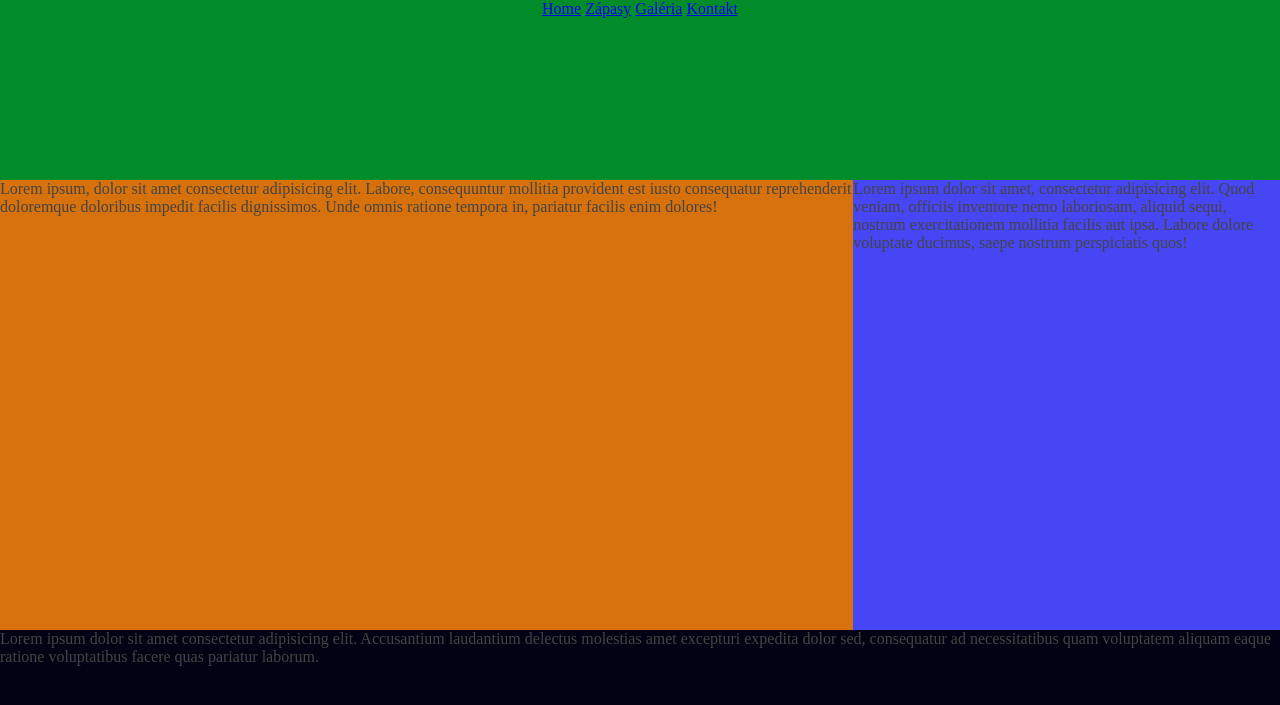
Repository: Badynko/tennis-website
Page: index.html
These files come from the project's save history. The page is drawn as it stood at one moment and after the next save; the edit follows.
The browser window is 1280 px wide. The pictures show the whole page.

Above is the page before, as saved 2024-07-31 20:56:08.

After the next save:
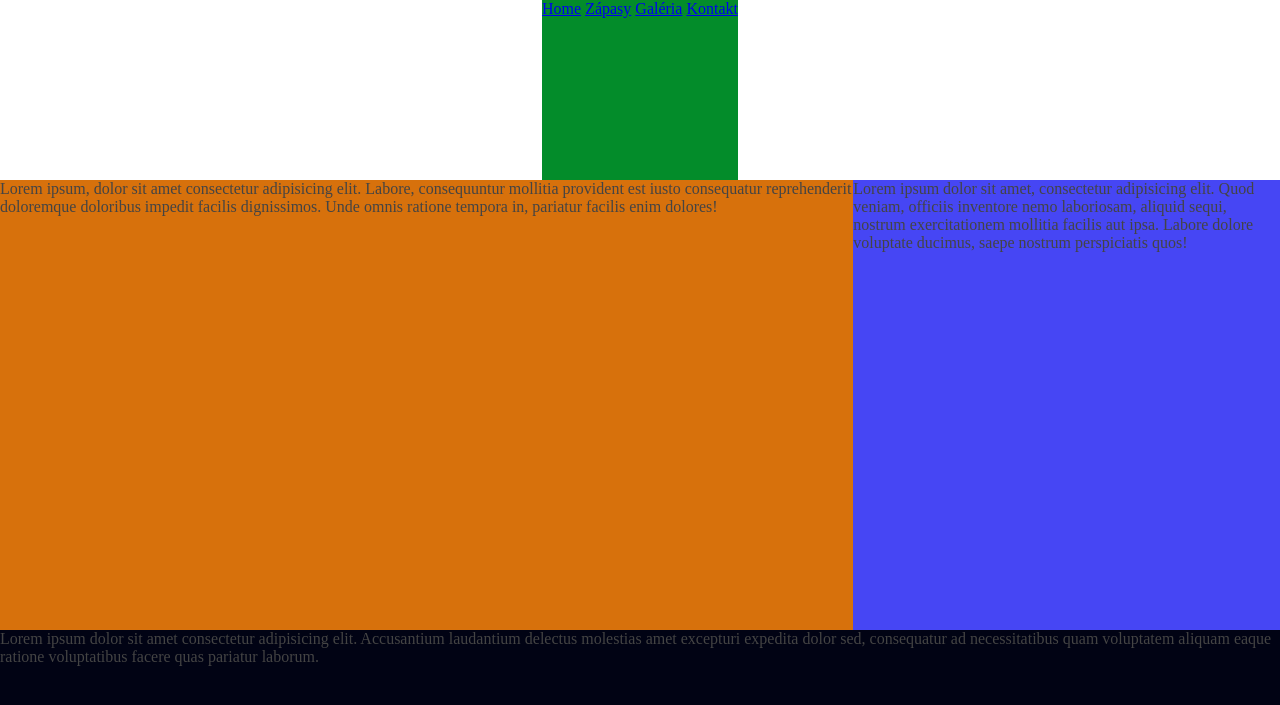
Saved 54 s later.
--- a/css/style.css
+++ b/css/style.css
@@ -23,7 +23,7 @@
   background-color: #038c2a;
 
   align-items: center;
-  vertical-align: middle;
+  justify-self: center;
 }
 
 .main {

After the save that followed:
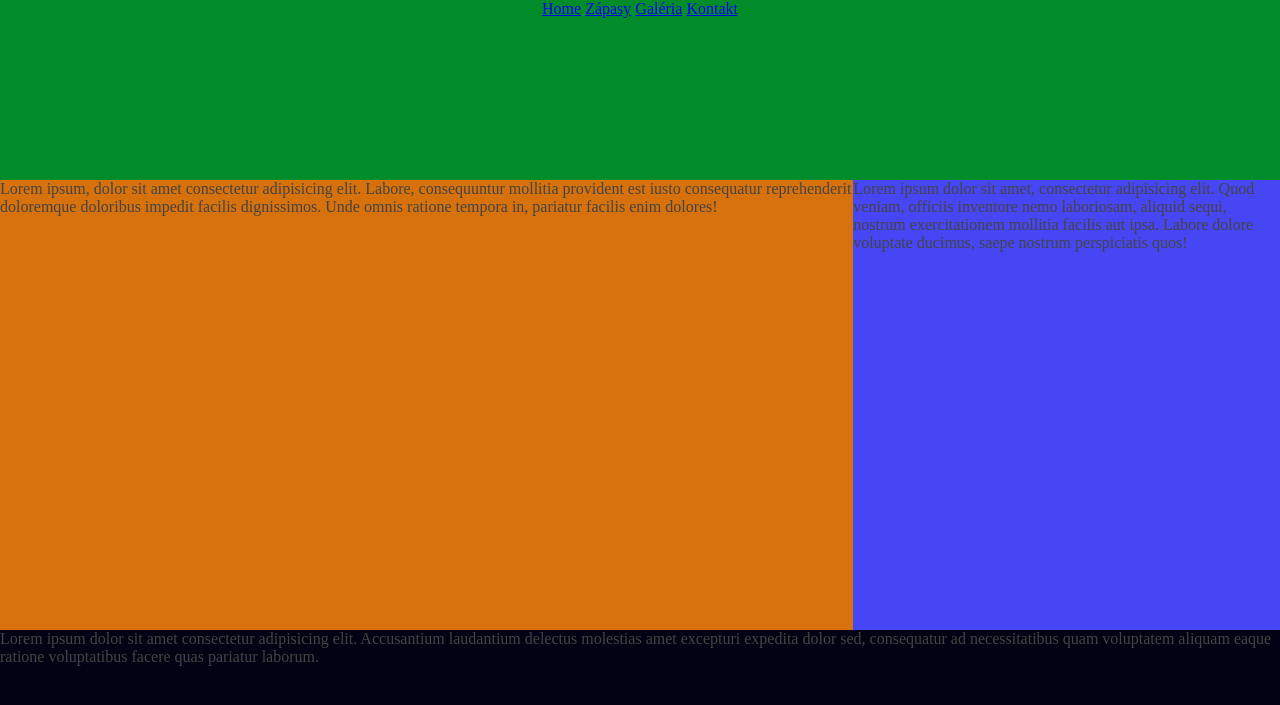
Saved 23 s later.
--- a/css/style.css
+++ b/css/style.css
@@ -23,7 +23,6 @@
   background-color: #038c2a;
 
   align-items: center;
-  justify-self: center;
 }
 
 .main {
